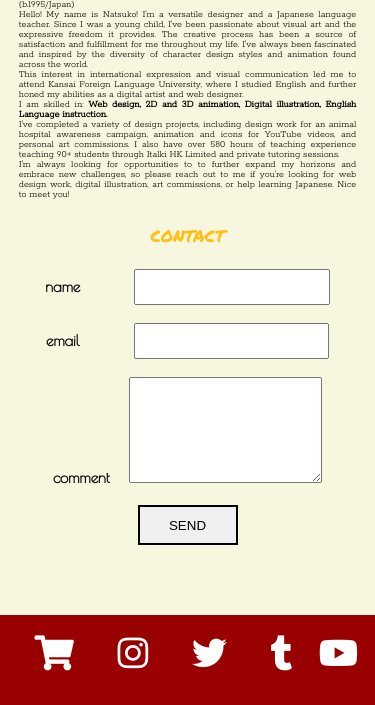
Repository: Natsuko0920/natsukohorii.github.io
Page: toppage/index.html
The author's editor kept a record of every edit. The page is drawn from the files as they stood at one moment, then again after the next edit.
The browser window is 375 px wide. The pictures show the part of the page from y = 748 to 1453 px (the page is 1453 px tall before and 1443 px after).
A picture or video elsewhere on the page could not be fetched, so the positions and the page height are approximate. Some web libraries are served in a nearby version.

Above is the page before.

### toppage/index.html
<!DOCTYPE html>
<html lang="ja">
<!--head-->
<head>
    <meta charset="utf-8">
    <title>NATSUKO HORII | ホリイ ナツコ</title>
    <meta name="description" content="Japanese artist / teacher / web designer / youtuber / creater ">
    <meta name="keywords" content="Natsuko Horii,natsukohorii,Horii Natsuko,ホリイナツコ,Japanese artist,artist,japanese illustrator,illustrator,イラストレーター,japanese teacher,naccchan sensei,なっちゃんせんせい,なっちゃん,nacchan,japanese youtuber">
    <meta name="viewport" content="width=device-width, initial-scale=1">
    <link rel="stylesheet" href="https://use.fontawesome.com/releases/v5.3.1/css/all.css" integrity="sha384-mzrmE5qonljUremFsqc01SB46JvROS7bZs3IO2EmfFsd15uHvIt+Y8vEf7N7fWAU" crossorigin="anonymous">
<!--put google font,font awesome-->
    <link href="https://fonts.googleapis.com/css?family=Permanent+Marker" rel="stylesheet">
    <link href="https://fonts.googleapis.com/css?family=Rock+Salt" rel="stylesheet">
    <link href="https://fonts.googleapis.com/css?family=Rokkitt:300" rel="stylesheet">
    <link href="https://fonts.googleapis.com/css?family=Poiret+One" rel="stylesheet">
    <meta http-equiv="Content-Type" content="text/html; charset=utf-8" />
    <link rel="stylesheet" href="index.css">
</head>
<!--header-->
<body>
    <header>
         <div class="title">
                      <div class="sign"><a href="../toppage/index.html">NATSUKO HORII</a></div>
        </div>
        <ul id="nav">
          <li><a href="../artwork/artwork.html" class="menubox">Artwork</a></li>
          <li><a href="../lesson/lesson.html" class="menubox">Lesson</a></li>
          <li><a href="#about" class="menubox">About</a></li>
          <li><a href="#contact" class="menubox">Contact</a></li>
         </ul>
    </header>
<main>
    <div class="toppage">
        <img src="../toppage/topimage.jpg">
    </div>
<!--about me-->
    <div class="titleabout" id="about">ABOUT</div>
    <div class="about">
      <div class="box1">
        <h1>Natsuko Horii</h1>
        <img class="profile" src="../toppage/profile.jpg">
        <br>
                <img class="profile" src="../toppage/profile2.png">
      </div>
      <div class="box2">
         <h2>
             (b.1995/Japan)
             <br>Hello! My name is Natsuko! I'm a versatile designer and a Japanese language teacher. Since I was a young child, I've been passionate about visual art and the expressive freedom it provides. The creative process has been a source of satisfaction and fulfillment for me throughout my life.
I've always been fascinated and inspired by the diversity of character design styles and animation found across the world.
<br>This interest in international expression and visual communication led me to attend Kansai Foreign Language University, where I studied English and further honed my abilities as a digital artist and web designer.
<br>I am skilled in: <b>Web design, 2D and 3D animation, Digital illustration, English Language instruction.</b>
<br>I've completed a variety of design projects, including design work for an animal hospital awareness campaign, animation and icons for YouTube videos, and personal art commissions. I also have over 580 hours of teaching experience teaching 90+ students through Italki HK Limited and private tutoring sessions.
<br>I'm always looking for opportunities to to further expand my horizons and embrace new challenges, so please reach out to me if you're looking for web design work, digital illustration, art commissions, or help learning Japanese. Nice to meet you!
         </h2>
      </div>
    </div>
<!--contact-->
    <div class="contact">
        <div class="titleabout" id="contact">contact</div>
        <div class="box3">
        <form action="https://docs.google.com/forms/d/e/1FAIpQLScnhWgwTJQ7-fkn19yMeZQXZv_nZWPaMLcr0KuLvkTzsQe1-A/formResponse">
            <label for="name">name　</label>
            <input id="name" type"text" name="entry.1762694654" required/>
           <br><br><label for="email">email　</label>
           <input id="email" type="text" name="entry.1706581827" required/>
           <br><br><label for="msg">comment　</label>
           <textarea id="comment" name="entry.790994953" required/></textarea>
           <br><br><button type="submit" name="button" value="SEND" class="square_btn">SEND</button>
        </form>
       </div>
    </div>
</main>
<footer>
    <div class="linkbox">
      <a href="https://society6.com/natsuko_horii" target="blank" class="link"><i class="fas fa-shopping-cart">　</i></a>
      <a href="https://www.instagram.com/natsuko_horii/" target="blank" class="link"><i class="fab fa-instagram" aria-hidden="true">　</i></a>
      <a href="https://twitter.com/NatsukoHorii" target="blank" class="link"><i class="fab fa-twitter" aria-hidden="true">　</i></a>
      <a href="https://www.tumblr.com/blog/natsukohorii" target="blank" class="link"><i class="fab fa-tumblr" aria-hidden="true">　</i></a>
      <a href="https://www.youtube.com/user/hahaha365yeah/featured?disable_polymer=1" target="blank" class="link"><i class="fab fa-youtube" aria-hidden="true"></i></a>
    </div>
</footer>
</body>
</html>

### toppage/index.css
@media screen and (min-width:300px) and ( max-width:600px) {
 a:link {
      color:#FFC016;
    background-color: transparent;
    text-decoration: none;
}

a:visited {
    color:#FFC016;
    background-color: transparent;
    text-decoration: none;
}

a:active {
    color:#FFC016;
    background-color: transparent;
    text-decoration: none;
}

body{
    background-color:#f7f6de;
    margin:0;
}

.changeColor {
   background-color:#f5c16c;
}

header{
    width:100%;
    display:flex;
    position:absolute;
}

.title{
  width:50%;
  padding-bottom:5px;
}

.sign{
    font-family: 'Permanent Marker', cursive;
    font-size:10px;
    margin-left:10px;
    margin-top:15px;
          color:#FFC016
}

#nav{
  width:70%;
  list-style:none;
  display:flex;
  align-items: center;
  margin-right:10px;
}

#nav li{
  width:100%;
  font-family: 'Permanent Marker', cursive;
  font-size:10px;
  text-align:center;
}

#nav a {
  color:#FFC016;
}

.toppage img{
  width:100%;
}

.titleabout{
  font-family: 'Permanent Marker', cursive;
  font-size:20px;
  text-align:center;
    color:#FFC016;
    margin-top:20px;
}

.about{
  width:90%;
  margin:auto;
}

.box1{
  width:100%;
  margin-top:10px;
  margin:auto;
}

.box2{
  width:100%;
  margin-top:20px;
}

h1{
 font-family: 'Rock Salt', cursive;
 font-size:20px;
 margin:0;
 text-align:center;
}

h2{
  font-size:10px;
font-family: 'Rokkitt', serif;
  line-height: 10px;
  font-weight: lighter;
   text-align:justify;
}

.profile{
  width:100%;
  height:auto;
    margin:auto;
}

.contact{
  margin-top:10px;
  margin-bottom:70px;
}

.box3{
    margin-top:20px;
    text-align:center;
}

label{
     font-family: 'Poiret One', cursive;
     font-size:15px;
     font-weight:bold;
}

#name{
    margin-left:35px;
      width:50%;
      height:30px;

}

#email{
  margin-left:35px;
      width:50%;
      height:30px;
}

#comment{
      width:50%;
      height:100px;
}

.square_btn {
    display: inline-block;
    padding: 0.3em 1em;
    text-decoration: none;
    color: #990000;
    background:white;
    border: solid 2px #990000;
    border-radius: 3px;
    height:40px;
    width:100px;
    transition: .4s;
}

.linkbox{
  padding-top:20px;
  font-size:35px;
  text-align:center;
}

a.link {
  color:white;
}

a.link:hover{
  color:#FFC016;
}

footer{
  width:100%;
  background-color:#990000;
  margin:0;
  position:absolute;
  padding-bottom:30px;
}
}

@media screen and (min-width:600px) and ( max-width:960px) {
 a:link {
      color:#FFC016;
    background-color: transparent;
    text-decoration: none;
}

a:visited {
    color:#FFC016;
    background-color: transparent;
    text-decoration: none;
}

a:active {
    color:#FFC016;
    background-color: transparent;
    text-decoration: none;
}

body{
    background-color:#f7f6de;
    margin:0;
}

.changeColor {
   background-color:#f5c16c;
}

header{
    width:100%;
    display:flex;
    position:absolute;
}

.title{
  width:50%;
  padding-bottom:5px;
}

.sign{
    font-family: 'Permanent Marker', cursive;
    font-size:25px;
    margin-left:10px;
    margin-top:15px;
          color:#FFC016
}

#nav{
  width:70%;
  list-style:none;
  display:flex;
  align-items: center;
  margin-right:10px;
}

#nav li{
  width:100%;
  font-family: 'Permanent Marker', cursive;
  font-size:25px;
  text-align:center;
}

#nav a {
  color:#FFC016;
}

.toppage img{
  width:100%;
}

.titleabout{
  font-family: 'Permanent Marker', cursive;
  font-size:50px;
  text-align:center;
    color:#FFC016;
    margin-top:60px;
}

.about{
  width:90%;
  margin:auto;
  display:flex;
}

.box1{
  width:30%;
  margin-top:20px;
}

.box2{
  width:60%;
  margin-top:20px;
  margin-left:20px;
}

h1{
 font-family: 'Rock Salt', cursive;
 font-size:20px;
 margin:0;
 text-align:center;

}

h2{
  font-size:15px;
font-family: 'Rokkitt', serif;
  line-height: 15px;
  font-weight: lighter;
  margin-left:20px;
   text-align:justify;
}

.profile{
  width:100%;
  height:auto;
}

.contact{
  margin-top:10px;
  margin-bottom:70px;
}

.box3{
    margin-top:20px;
    text-align:center;
}

label{
     font-family: 'Poiret One', cursive;
     font-size:25px;
     font-weight:bold;
}

#name{
    margin-left:35px;
      width:50%;
      height:30px;

}

#email{
  margin-left:35px;
      width:50%;
      height:30px;
}

#comment{
      width:50%;
      height:100px;
}

.square_btn {
    display: inline-block;
    padding: 0.3em 1em;
    text-decoration: none;
    color: #990000;
    background:white;
    border: solid 2px #990000;
    border-radius: 3px;
    height:40px;
    width:100px;
    transition: .4s;
}

.linkbox{
  padding-top:20px;
  font-size:35px;
  text-align:center;
}

a.link {
  color:white;
}

a.link:hover{
  color:#FFC016;
}

footer{
  width:100%;
  background-color:#990000;
  margin:0;
  position:absolute;
  padding-bottom:30px;
}
}

@media screen and (min-width:960px) and ( max-width:1280px) {
a:link {
      color:#FFC016;
    background-color: transparent;
    text-decoration: none;
}

a:visited {
    color:#FFC016;
    background-color: transparent;
    text-decoration: none;
}

a:active {
    color:#FFC016;
    background-color: transparent;
    text-decoration: none;
}

body{
    background-color:#f7f6de;
    margin:0;
    transition: 0.3s all;
}

.changeColor {
   background-color:#f5c16c;
}

header{
    width:100%;
    display:flex;
    position:absolute;
}

.title{
  width:50%;
  padding-bottom:5px;
}

.sign{
    font-family: 'Permanent Marker', cursive;
    font-size:40px;
    margin-left:10px;
    margin-top:10px;
          color:#FFC016
}

#nav{
  width:70%;
  list-style:none;
  display:flex;
  align-items: center;
  margin-right:10px;
}

#nav li{
  width:100%;
  font-family: 'Permanent Marker', cursive;
  font-size:30px;
  text-align:center;
}

#nav a {
  color:#FFC016;
}

#nav a:hover{
  opacity:0.7;
}

.toppage img{
  width:100%;
}

.titleabout{
  font-family: 'Permanent Marker', cursive;
  font-size:50px;
  text-align:center;
    color:#FFC016;
    margin-top:80px;
}

.about{
  width:90%;
  margin:auto;
  display:flex;
}

.box1{
  width:30%;
}

.box2{
  width:60%;
  margin-top:100px;
  margin-left:50px;
}

h1{
 font-family: 'Rock Salt', cursive;
 font-size:40px;
 margin:0;
 text-align:center;

}

h2{
  font-size:20px;
font-family: 'Rokkitt', serif;
  line-height: 25px;
  font-weight: lighter;
  margin-left:20px;
   text-align:justify;
}

.profile{
  width:100%;
  height:auto;

}

.contact{
  margin-top:50px;
  margin-bottom:70px;
}

.box3{
    margin-top:50px;

    text-align:center;
}

label{
     font-family: 'Poiret One', cursive;
     font-size:25px;
     font-weight:bold;
}

#name{
    margin-left:35px;
      width:30%;
      height:30px;

}

#email{
  margin-left:35px;
      width:30%;
      height:30px;
}

#comment{
      width:30%;
      height:100px;
}

.square_btn {
    display: inline-block;
    padding: 0.3em 1em;
    text-decoration: none;
    color: #990000;
    background:white;
    border: solid 2px #990000;
    border-radius: 3px;
    height:40px;
    width:100px;
    transition: .4s;
}

.square_btn:hover {
    background:#990000;
    color: white;
}

.linkbox{
  padding-top:20px;
  font-size:35px;
  text-align:center;
}

a.link {
  color:white;
}

a.link:hover{
  color:#FFC016;
}

footer{
  width:100%;
  background-color:#990000;
  margin:0;
  position:absolute;
  padding-bottom:30px;
}
}

@media screen and (min-width:1280px) {
 a:link {
      color:#FFC016;
    background-color: transparent;
    text-decoration: none;
}

a:visited {
    color:#FFC016;
    background-color: transparent;
    text-decoration: none;
}

a:active {
    color:#FFC016;
    background-color: transparent;
    text-decoration: none;
}

body{
    background-color:#f7f6de;
    margin:0;
    transition: 0.3s all;
}

.changeColor {
   background-color:#f5c16c;
}

header{
    width:100%;
    display:flex;
    position:absolute;
}

.title{
  width:50%;
  padding-bottom:5px;
}

.sign{
    font-family: 'Permanent Marker', cursive;
    font-size:40px;
    margin-left:10px;
    margin-top:10px;
          color:#FFC016
}

#nav{
  width:70%;
  list-style:none;
  display:flex;
  align-items: center;
  margin-right:10px;
}

#nav li{
  width:100%;
  font-family: 'Permanent Marker', cursive;
  font-size:30px;
  text-align:center;
}

#nav a {
  color:#FFC016;
}

#nav a:hover{
  opacity:0.7;
}

.toppage img{
  width:100%;
}

.titleabout{
  font-family: 'Permanent Marker', cursive;
  font-size:50px;
  text-align:center;
    color:#FFC016;
    margin-top:80px;
}

.about{
  width:90%;
  margin:auto;
  display:flex;
}

.box1{
  width:30%;
}

.box2{
  width:60%;
  margin-top:100px;
  margin-left:50px;
}

h1{
 font-family: 'Rock Salt', cursive;
 font-size:40px;
 margin:0;
 text-align:center;

}

h2{
  font-size:20px;
font-family: 'Rokkitt', serif;
  line-height: 25px;
  font-weight: lighter;
  margin-left:20px;
   text-align:justify;
}

.profile{
  width:100%;
  height:auto;

}

.contact{
  margin-top:50px;
  margin-bottom:70px;
}

.box3{
    margin-top:50px;

    text-align:center;
}

label{
     font-family: 'Poiret One', cursive;
     font-size:25px;
     font-weight:bold;
}

#name{
    margin-left:35px;
      width:30%;
      height:30px;

}

#email{
  margin-left:35px;
      width:30%;
      height:30px;
}

#comment{
      width:30%;
      height:100px;
}

.square_btn {
    display: inline-block;
    padding: 0.3em 1em;
    text-decoration: none;
    color: #990000;
    background:white;
    border: solid 2px #990000;
    border-radius: 3px;
    height:40px;
    width:100px;
    transition: .4s;
}

.square_btn:hover {
    background:#990000;
    color: white;
}

.linkbox{
  padding-top:20px;
  font-size:35px;
  text-align:center;
}

a.link {
  color:white;
}

a.link:hover{
  color:#FFC016;
}

footer{
  width:100%;
  background-color:#990000;
  margin:0;
  position:absolute;
  padding-bottom:30px;
}
}

After the next edit:
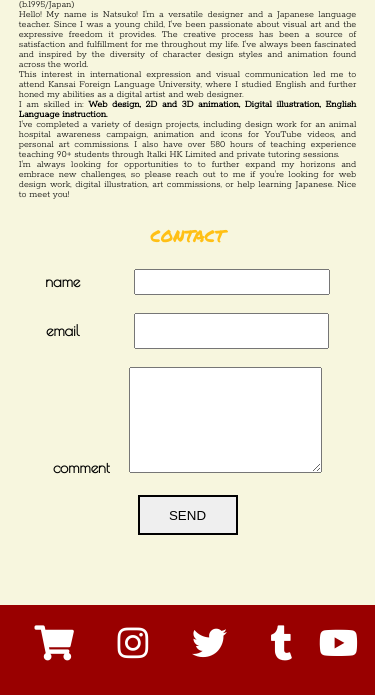
The edit:
--- a/toppage/index.css
+++ b/toppage/index.css
@@ -132,8 +132,7 @@
 #name{
     margin-left:35px;
       width:50%;
-      height:30px;
-
+      height:20px;
 }
 
 #email{
